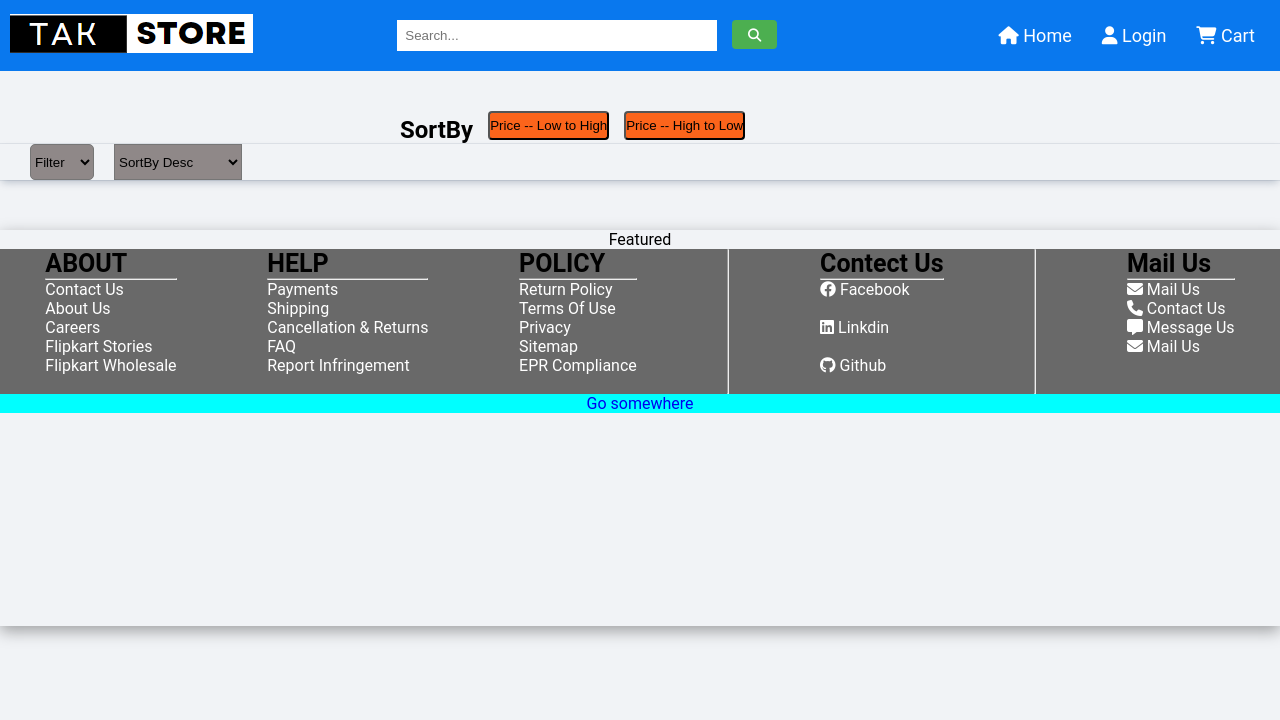
Repository: MSaifKhan01/TAK-Store
Page: PROJECT_Front/appliances.html
The author's editor kept a copy of each file at every save. The page is drawn from the files as they stood at one save, then again after the next save.
The browser window is 1280 px wide. The pictures show the whole page.
The page's requests for data from a server got no answer.

Above is the page before, as saved 2023-07-22 19:48:47.
Console error: TypeError: Cannot read properties of null (reading 'append')

After the next save:
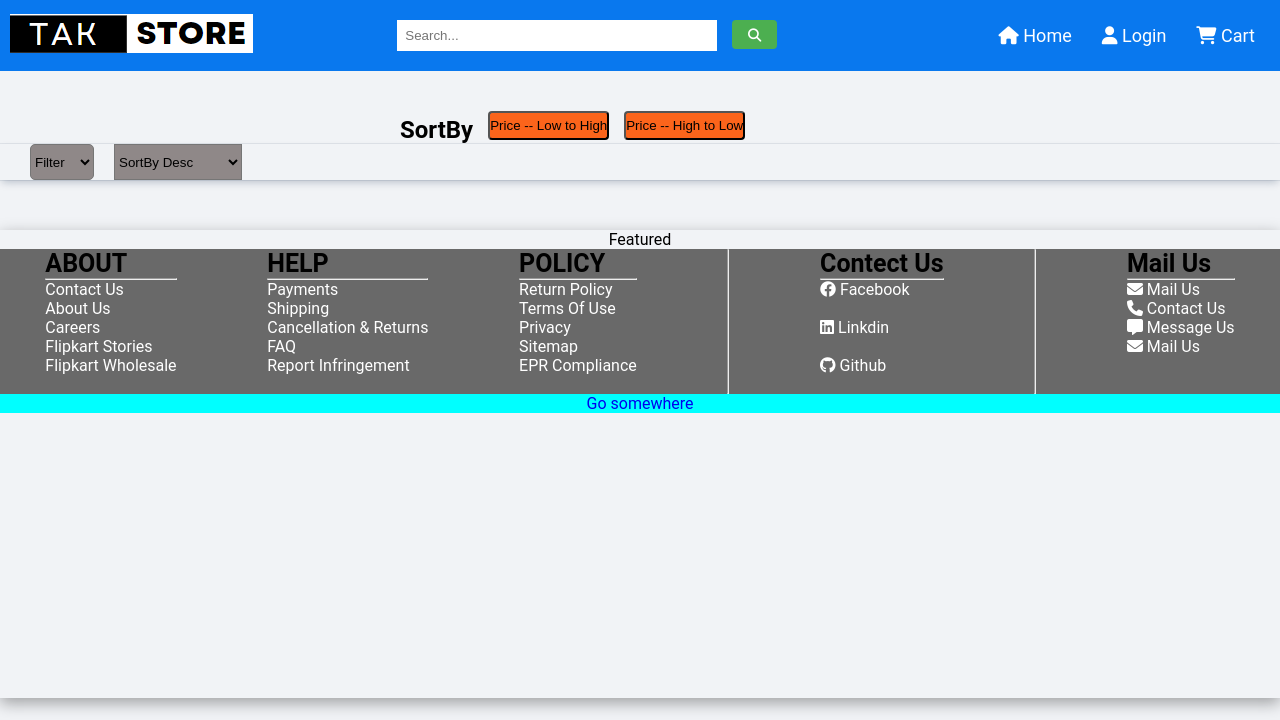
Saved 12 s later.
--- a/PROJECT_Front/CSS/appliences.css
+++ b/PROJECT_Front/CSS/appliences.css
@@ -93,7 +93,7 @@
 .card {
     /* box-sizing: border-box; */
     margin-top: 50px;
-    height: 55vh;
+    height: 65vh;
     box-shadow: rgba(0, 0, 0, 0.35) 0px 5px 15px;
 }
 
